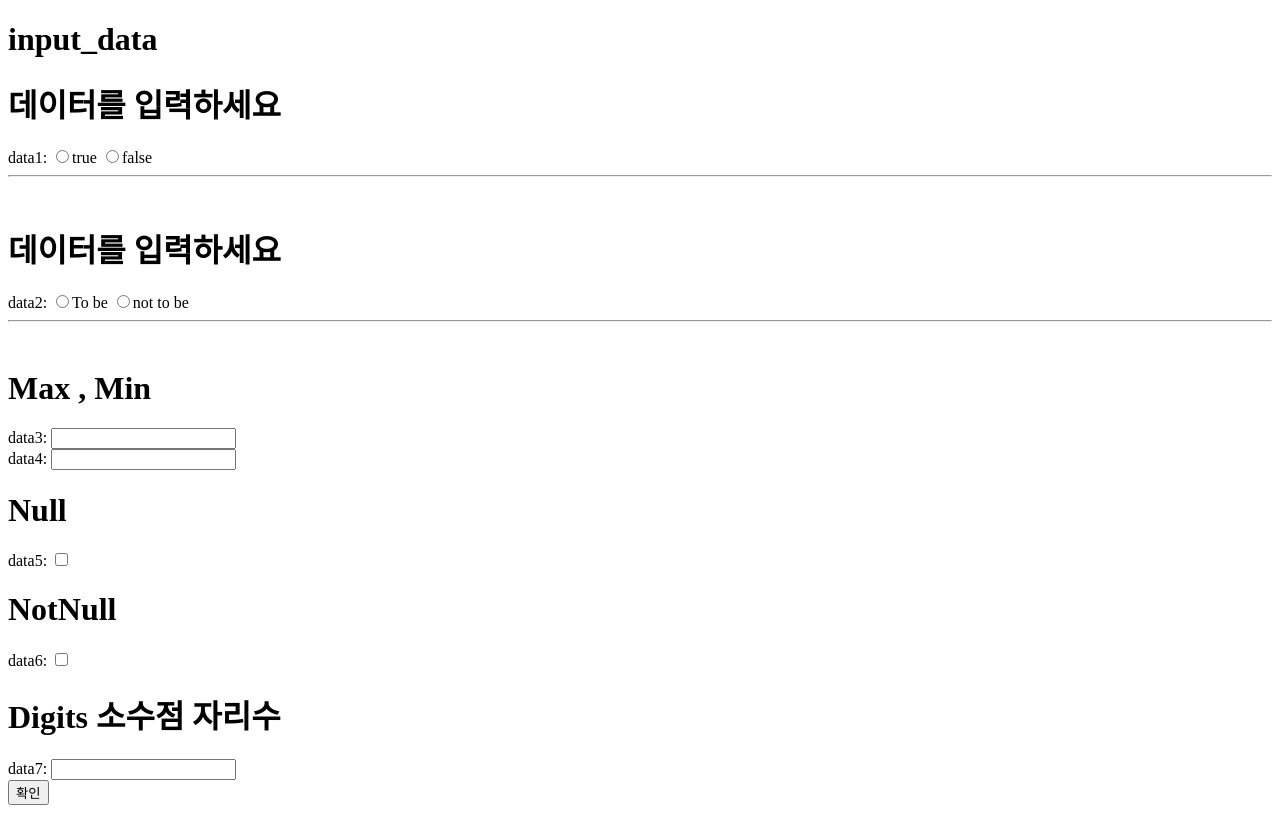
Repository: kangseongwuk/Spring
Page: http://localhost/SpringMiniProject/WEB-INF/views/input_data.jsp
These files come from the project's save history. The page is drawn as it stood at one moment and after the next save; the edit follows.
The browser window is 1280 px wide. The pictures show the whole page.
The page is served by Tomcat 9. Nobody is signed in. The template is opened directly, without the code that normally fills it, so the values that code supplies are empty.

Above is the page before, as saved 2022-10-20 07:55:50.

After the next save:
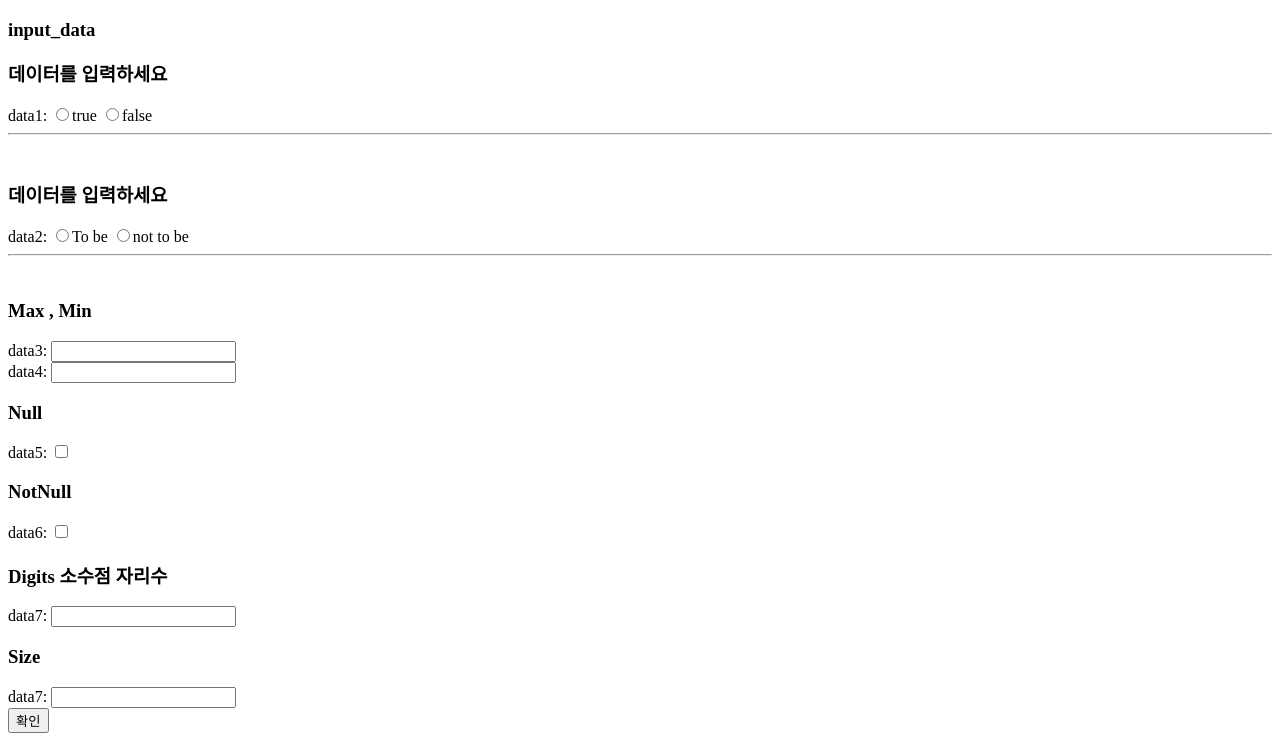
Saved 57 s later.
--- a/SpringMiniProject/src/main/webapp/WEB-INF/views/input_data.jsp
+++ b/SpringMiniProject/src/main/webapp/WEB-INF/views/input_data.jsp
@@ -8,35 +8,39 @@
 <title>데이터 입력</title>
 </head>
 <body>
-	<h1>input_data</h1>
+	<h3>input_data</h3>
 
 	<form:form action="input_pro" method="post" modelAttribute="dataBean">
-	<h1>데이터를 입력하세요</h1>
+	<h3>데이터를 입력하세요</h3>
 		data1: <form:radiobutton path="data1" value="true"/>true
 				<form:radiobutton path="data1" value="false"/>false<hr>
 				<form:errors path="data1"/><br>
 
-	<h1>데이터를 입력하세요</h1>
+	<h3>데이터를 입력하세요</h3>
 		data2: <form:radiobutton path="data2" value="true"/>To be
 			<form:radiobutton path="data2" value="false"/>not to be<hr>
 			<form:errors path="data2"/>	<br>
 
-	<h1>Max , Min</h1>
+	<h3>Max , Min</h3>
 		data3: <form:input path="data3"/>
 			<form:errors path="data3"/>	<br>
 
 		data4: <form:input path="data4"/>
 			<form:errors path="data4"/>	<br>
 
-	<h1>Null</h1>
+	<h3>Null</h3>
 		data5: <form:checkbox path="data5" value="값"/>
 			<form:errors path="data5"/>	<br>
 
-	<h1>NotNull</h1>
+	<h3>NotNull</h3>
 		data6: <form:checkbox path="data6" value="값"/>
 			<form:errors path="data6"/>	<br>
 
-	<h1>Digits 소수점 자리수</h1>
+	<h3>Digits 소수점 자리수</h3>
+		data7: <form:input path="data7"/>
+			<form:errors path="data7"/>	<br>
+
+	<h3>Size </h3>
 		data7: <form:input path="data7"/>
 			<form:errors path="data7"/>	<br>
 
